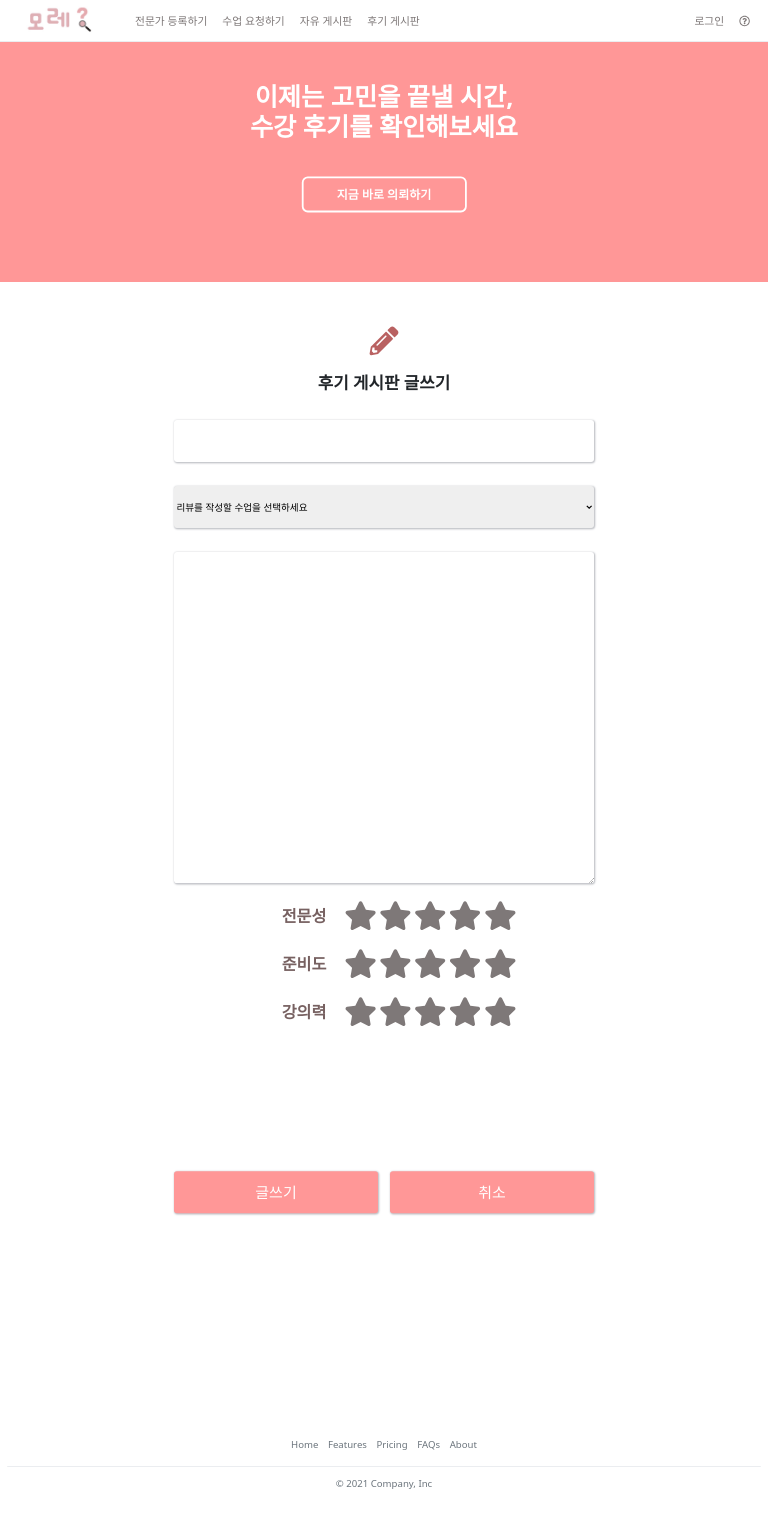
Repository: isssson/MVC2_more
Page: http://localhost/more/WEB-INF/views/review/reviewWrite.jsp
These files come from the project's save history. The page is drawn as it stood at one moment and after the next save; the edit follows.
The browser window is 1280 px wide. The pictures show the whole page, at 60% of full size.
Some web libraries are served in a nearby version. The page is served by Tomcat 9. Nobody is signed in. Other server files are loaded and not shown. The template is opened directly, without the code that normally fills it, so the values that code supplies are empty.

Above is the page before, as saved 2021-12-10 07:39:15.

### more/src/main/webapp/WEB-INF/views/review/reviewWrite.jsp
<%@ page language="java" contentType="text/html; charset=UTF-8"
	pageEncoding="UTF-8"%>
<%@ taglib uri="http://java.sun.com/jsp/jstl/core" prefix="c" %>
<!DOCTYPE html>
<html>
<head>
<meta charset="UTF-8">
<title>Insert title here</title>
<script src="https://use.fontawesome.com/releases/v5.2.0/js/all.js"></script>
<script src="https://cdnjs.cloudflare.com/ajax/libs/jquery/3.4.1/jquery.min.js"></script>
<link rel="stylesheet" type="text/css" href="resources/css/review/review.css?after">
<link rel="stylesheet" type="text/css" href="resources/css/header.css">
<link rel="stylesheet" href="resources/css/bootstrap.min.css">
</head>
<body>
<%@ include file="/WEB-INF/views/header.jsp" %>
	<div class="revMainContainer">
		<div class="revMainTextBox">
			<div class="revMainText">
				<h1>
					이제는 고민을 끝낼 시간,<br>수강 후기를 확인해보세요
				</h1>
				<div class="revMainBt"><a href="#">지금 바로 의뢰하기</a></div>
			</div>
		</div>
	</div>
	<div id="revIntroContainer">
		<div class="introItem">
			<i class="fas fa-pencil-alt fa-3x"></i>
			<h3>후기 게시판 글쓰기</h3>
		</div>
	</div>
	<form name="reviewWrite" action="reviewWrite.do" method="post">
		<div class="writeContainer">
			<input type="text" name="name" value="${sessionScope.sessionName}" readonly>
			<select name="lessonlist" onchange="selectCate(this.value)" required>
				<option value="" selected hidden disabled>리뷰를 작성할 수업을 선택하세요</option>
				<c:forEach var="list" items="${list}">
					<option value="${list.e_id}강사의 ${list.cate2}레슨(${list.cate1})">${list.e_id}강사의 ${list.cate2} 레슨(${list.cate1})</option>
				</c:forEach>
			</select>
			<textarea name="content" cols="80" rows="20" autocomplete="off"
					class="input-lg form-control"
					placeholder="레슨 후기를 작성해주세요."
					maxlength="500" required="" id="id_field_25">
			</textarea>
			<div class="ratingContainer">
			<div class="ratingItem">
				<h4>전문성</h4>
				<div id="rating1">
       				<i class="fas fa-star fa-3x"></i>
        			<i class="fas fa-star fa-3x"></i>
       				<i class="fas fa-star fa-3x"></i>
      				<i class="fas fa-star fa-3x"></i>
    				<i class="fas fa-star fa-3x"></i>
    			</div>
    		</div>
    		<div class="ratingItem">
    			<h4>준비도</h4>
				<div id="rating2">
       				<i class="fas fa-star fa-3x"></i>
        			<i class="fas fa-star fa-3x"></i>
       				<i class="fas fa-star fa-3x"></i>
      				<i class="fas fa-star fa-3x"></i>
    				<i class="fas fa-star fa-3x"></i>
    			</div>
    		</div>
    		<div class="ratingItem">
    			<h4>강의력</h4>
				<div id="rating3">
       				<i class="fas fa-star fa-3x"></i>
        			<i class="fas fa-star fa-3x"></i>
       				<i class="fas fa-star fa-3x"></i>
      				<i class="fas fa-star fa-3x"></i>
    				<i class="fas fa-star fa-3x"></i>
    			</div>
    		</div>
			</div>

			<div class="writeButton">
				<input type="hidden" name="e_id" id="changeE_id">
				<input type="hidden" name="cate1" id="changeCate1">
				<input type="hidden" name="cate2" id="changeCate2">
				<input type="hidden" name="id" value="${sessionScope.sessionId}">
				<input type="submit" value="글쓰기" onmouseover="sum()"> <input type="button" value="취소">
				<input type="hidden" name="grade1" value="">
				<input type="hidden" name="grade2" value="">
				<input type="hidden" name="grade3" value="">
				<input type="hidden" name="gradesum" value="">
			</div>
		</div>
	</form>
	<br>
	<br>
	<%@ include file="/WEB-INF/views/footer.jsp" %>
	<script>
	function selectCate(value){
		var i=value;
		var a=i.substring(i.indexOf("의")+2,i.indexOf("레"));
		var b=i.substring(0,i.indexOf("강"));
		var c=i.substring(i.indexOf("(")+1,i.indexOf(")"));
		console.log(a);
		console.log(b);
		console.log(c);
		$('#changeCate2').val(a);
		$('#changeE_id').val(b);
		$('#changeCate1').val(c);
	}

	</script>
	<script>

        $(function(){
            $('#rating1 svg').click(function(){
                var targetNum1=$(this).index()+1;
                $('#rating1 svg').css({color:'#000'});
                $('#rating1 svg:nth-child(-n'+targetNum1+')').css({color:'#ff9797'});
                console.log(targetNum1);
                document.reviewWrite.grade1.value=targetNum1;
            })

            $('#rating2 svg').click(function(){
                var targetNum2=$(this).index()+1;
                $('#rating2 svg').css({color:'#000'});
                $('#rating2 svg:nth-child(-n'+targetNum2+')').css({color:'#ff9797'});
                console.log(targetNum2);
                document.reviewWrite.grade2.value=targetNum2;
            })

            $('#rating3 svg').click(function(){
                var targetNum3=$(this).index()+1;
                $('#rating3 svg').css({color:'#000'});
                $('#rating3 svg:nth-child(-n'+targetNum3+')').css({color:'#ff9797'});
                console.log(targetNum3);
                document.reviewWrite.grade3.value=targetNum3;
            })

        });
        function sum(){
        	var a=parseInt(document.reviewWrite.grade1.value);
        	var b=parseInt(document.reviewWrite.grade2.value);
        	var c=parseInt(document.reviewWrite.grade3.value);
            var targetNumSum=Math.round((a+b+c)/3);
            console.log(targetNumSum);
            document.reviewWrite.gradesum.value=targetNumSum;
        }

    </script>
</body>
</html>

### more/src/main/webapp/WEB-INF/views/header.jsp
<%@ page language="java" contentType="text/html; charset=UTF-8"
    pageEncoding="UTF-8"%>
<%@ taglib prefix="c" uri="http://java.sun.com/jsp/jstl/core" %>
<script src="https://use.fontawesome.com/releases/v5.2.0/js/all.js"></script>
<link href="resources/css/header.css" rel="stylesheet">
<!-- Global site tag (gtag.js) - Google Analytics -->
<script async src="https://www.googletagmanager.com/gtag/js?id=UA-214947172-1"></script>
<script>
  window.dataLayer = window.dataLayer || [];
  function gtag(){dataLayer.push(arguments);}
  gtag('js', new Date());

  gtag('config', 'UA-214947172-1');
</script>
<!-- ---------------------비회원  -->
<c:if test="${sessionScope.sessionStatus == null }">
	<header>
    <div id="headerContainer">
        <a href="index.do"><img src="resources/img/more_logo.jpg" alt="logo" style="padding: 10px"></a>
        <div id="menubar">
          <div id="leftMenu">
            <div><a href="regist1.do">전문가 등록하기</a></div>
            <div><a href="lessonList.do">수업 요청하기</a></div>
            <div><a href="bbsList.do">자유 게시판</a></div>
            <div><a href="reviewList.do">후기 게시판</a></div>
          </div>
          <div id="rightMenu">
               <div><a href="login.do">로그인</a></div>
               <div><a href="noticeList.do"><i class="far fa-question-circle"></i></a></div>
          </div>
        </div>
      </div>
	</header>
</c:if>
<!----------------------기본(의뢰인) 로그인중-->
<c:if test="${sessionScope.sessionStatus == 1 }">
	<header>
     <div id="headerContainer">
        <a href="index.do"><img src="resources/img/more_logo.jpg" alt="logo" style="padding: 10px"></a>
        <div id="menubar">
          <div id="leftMenu">
            <div id="client" onmouseover="show()" onmouseout="hide()">
               <a href="#">레슨</a>
              </div>
            <div id="joinExpert">
               <a href="regist1.do">전문가 등록하기</a>
             </div>
            <div><a href="bbsList.do">자유 게시판</a></div>
            <div><a href="reviewList.do">후기 게시판</a></div>
          </div>
          <div id="rightMenu">
            <div>${sessionScope.sessionName }님</div>
            <div><a href="setting.do"><i class="far fa-user fa-1x"></i></a></div>
            <div><a href="noticeList.do"><i class="far fa-question-circle"></i></a></div>
          </div>
        </div>
      </div>
      <div id="hiddenHeaderContainer" onmouseover="show()" onmouseout="hide()">
        <div class="hiddenItem">
          <div class="Item"><a href="suggestList.do">레슨 목록</a></div>
          <div class="Item"><a href="lessonList.do">레슨 요청하기</a></div>
          <div class="Item"><a href="sentRequest.do?id=${sessionScope.sessionId}">보낸 요청</a></div>
          <div class="Item"><a href="receiveSuggest.do?id=${sessionScope.sessionId }">받은 제안</a></div>
          <div class="Item"><a href="m_documentList.do">나의 레슨 내역</a></div>
        </div>
      </div>
	</header>
</c:if>
<!-- -----------------------전문가 로그인중 -->
<c:if test="${sessionScope.sessionStatus == 2 }">
	<header>
     <div id="headerContainer">
       <a href="index.do"><img src="resources/img/more_logo.jpg" alt="logo" style="padding: 10px"></a>
       <div id="menubar">
         <div id="leftMenu">
           <div id="client" onmouseover="show()" onmouseout="hide()">
              <a href="#">레슨</a>
             </div>
           <div><a href="bbsList.do">자유 게시판</a></div>
           <div><a href="reviewList.do">후기 게시판</a></div>
         </div>
         <div id="rightMenu">
           <div>${sessionScope.sessionName }님</div>
           <div><a href="setting.do"><i class="far fa-user fa-1x"></i></a></div>
		   <div><a href="noticeList.do"><i class="far fa-question-circle"></i></a></div>
         </div>
       </div>
     </div>
     <div id="hiddenHeaderContainer" onmouseover="show()" onmouseout="hide()">
       <div class="hiddenItem">
       	 <div class="Item"><a href="requestList.do">요청서 목록</a></div>
       	 <div class="Item"><a href="suggest.do">레슨 제안하기</a></div>
         <div class="Item"><a href="sentsuggest.do?id=${sessionScope.sessionId}">보낸 제안</a></div>
		 <div class="Item"><a href="m_documentList.do">나의 레슨 내역</a></div>
       </div>
     </div>
	</header>
</c:if>
   <script>
       function show(){
         document.getElementById('hiddenHeaderContainer').style.display='block';
       }
       function hide(){
         document.getElementById('hiddenHeaderContainer').style.display='none';
       }
  </script>

### more/src/main/webapp/WEB-INF/views/footer.jsp
<%@ page language="java" contentType="text/html; charset=UTF-8"
    pageEncoding="UTF-8"%>
<link href="resources/css/footer.css" rel="stylesheet">
<div class="container-fluid">
  <footer class="py-3 my-4">
    <ul class="nav justify-content-center border-bottom pb-3 mb-3">
      <li class="nav-item"><a href="#" class="nav-link px-2 text-muted">Home</a></li>
      <li class="nav-item"><a href="#" class="nav-link px-2 text-muted">Features</a></li>
      <li class="nav-item"><a href="#" class="nav-link px-2 text-muted">Pricing</a></li>
      <li class="nav-item"><a href="#" class="nav-link px-2 text-muted">FAQs</a></li>
      <li class="nav-item"><a href="#" class="nav-link px-2 text-muted">About</a></li>
    </ul>
    <p class="text-center text-muted">&copy; 2021 Company, Inc</p>
  </footer>
</div>

<div class="b-example-divider"></div>

### more/src/main/webapp/resources/css/review/review.css
@charset "UTF-8";
body{
    margin:0;
}
h1{
    text-align: center;
}
h3{
    margin-top: 80px;
    text-align: center;
    font-size: 24px;
}
p{
    text-align: center;
}
a{
    text-decoration:none;
    color:rgb(26, 25, 25);
}
a:hover{
    color:rgb(26, 25, 25);
}
li{
    list-style: none;
}
/* icon */
.far fa-file-alt{
    color: #af8c19;
}
/* -------------------------main------------------------- */
.revMainContainer{
    background-color:#ff9797;
    height: 400px;
    width: 100%;
}
.revMainContainer .revMainTextBox{
    width: 100%;
    height: 400px;
    padding-right: 15px;
    padding-left: 15px;
    margin:0 auto;
}
.revMainText{
    margin:0 auto;
    width: 550px;
    height: 400px;
    display: flex;
    flex-direction: column;
    justify-content: center;
}
.revMainText h1{
    height: 100px;
    font-size: 42px;
    font-weight: bold;
    color: white;
    text-align: center;
}
.revMainText .revMainBt{
    width:50%;
    text-align: center;
    font-size: 20px;
    font-weight: bold;
    border: 3px solid white;
    color: white;
    padding: 12px;
    border-radius: 10px;
    margin: 50px auto;
}
.revMainBt a{
	color:white;
	display:block;
	width:100%;
	height:100%;
}
.revMainBt{
	background-color: #ff9797;
}
.revMainBt:hover{
	background-color:white;
    transition: transform 1s;
}
.revMainBt:hover a{
	color:#ff9797;
	transform: scale(1.1);
	transition: transform 1s;
}


/*---------------------------------reviewIntro-------------------------------------- */
#revIntroContainer{
    width:100%;
    height: 200px;
    margin-top: 30px;
    display: flex;
    justify-content: center;
}
#revIntroContainer .introItem{
    width:300px;
    height:200px;
    display: flex;
    flex-direction: column;
    justify-content: center;
    align-items: center;
}
#revIntroContainer .introItem svg{
	color:#b96161;
}
#revIntroContainer .introItem h3{
    margin-top:30px;
    margin-bottom:0px;
    font-weight:bold;
}
#revIntroContainer .introItem h4{
    font-size: 18px;
    margin-top:10px;
    font-weight:bold;
}

/*----------------------------------reviewList-------------------------------------*/
#revListContainer{
    width: 1200px;
    height: 900px;
    margin:0 auto;
    display: grid;
    grid-template-columns: repeat(3, 1fr);
    grid-template-rows: repeat(2, 1fr);
    gap:10px 10px;
    justify-items: center;
}

#revListContainer .revItem{
    display: flex;
    flex-direction: column;
    justify-content: center;
    width:370px;
    height: 370px;
    border-radius: 10px;
    border: 1px solid rgba(139, 122, 122, 0.356);
    cursor: pointer;
}
#revListContainer .revItem:hover{
	 width:370px;
    height: 370px;
	transform: scale(1.03);
	transition: transform 1s;
	box-shadow: 1px 1px 3px 1px #bdbfc4;
}
.revItem .revCate{
    height: 40px;
    margin:5px auto;
    text-align: center;
    font-size: 18px;
    font-weight: bold;
    color: #9a5656;
    padding: 8px;
    margin-bottom: 30px;
    border-radius: 10px;
}
.revItem .revText{
    width:80%;
    height:180px;
    margin: 0 auto;
}
.revItem .revEtc{
    width:80%;
    height: 70px;
    margin: 10px auto;
    text-align: right;
    font-size: 17px;
    vertical-align: bottom;
}
.revItem .revEtc .star{
    width:100%;
    height: 30px;
}
.revItem .revEtc .studentName{
    margin-top: 7px;
    font-weight:bold;
    width:100%;
    height: 30px;
}
.footContainer{
	text-align:center;
}
.footContainer div{
	font-size: 20px;
	font-weight: bold;
	margin-bottom:20px;
}
.footContainer input{
	background-color:#ff9797;
	width: 340px;
	color: white;
    font-size: 25px;
    border:0px;
}
/*-------------------------------------modal*/
.modalContainer{
	position: fixed;
	background: rgba(0,0,0,0.8);
	left:0; right:0; top:0; bottom:0;
	display:flex;
	justify-content: center;
	align-items: center;
}
.modali{
	width:500px;
	height:860px;
	background-color: white;
    border-radius: 10px;
    position: relative;
}
.reviewDel{
	position: absolute;
	left:75%;
	top:10%;
}
.reviewDel span{
	border:1px solid gray;
	padding:5px;
	border-radius: 5px;
}
.modali .cate{
    width:50%;
    margin: 20px auto;
    border-radius: 10px;
    color: white;
    background-color: #ff9797;
    font-size: 15px;
    padding: 10px;
    text-align: center;
}
.modali .content{
    margin-bottom: 25px;
    margin-top: 65px;
    padding-left: 30px;
    padding-right: 30px;
    height: 500px;
}
.modali .star{
    text-align: center;
}
.modali .studentName{
    padding: 5px;
    font-weight:bold;
    text-align:center;
}
.modali .revBt{
    width: 90%;
    height: 50px;
    margin: 15px auto;
    text-align: center;
    border-radius: 10px;
    font-size: 18px;
    font-weight:bold;
    line-height: 50px;
    color: white;
    background-color: #ff9797;
}
.modali .revBt:hover{
	color:#ff9797;
	background-color: white;
}
/*------------------------------------- reviewWriteForm */

.writeContainer{
    margin:0 auto;
    width:700px;
    height:1600px;
}
.writeContainer .writer{
    width:100%;
    height:70px;
}
.writeContainer input, select{
    width:100%;
    height:70px;
    font-size:23px;
    margin-bottom: 40px;
    border:0px;
    border-radius:5px;
    box-shadow: 1px 1px 3px 1px #bdbfc4;
}
option{
	font-size:20px;
}
.writeContainer textarea{
    font-size:18px;
    margin-top:40px;
    border:0px;
    border-radius:5px;
    box-shadow: 1px 1px 3px 1px #bdbfc4;
}
.writeContainer .rating{
    width:100%;
    height:110px;
    color:#000;

}
.writeContainer .ratingContainer{
    width:100%;
    height: 400px;
    margin-top: 30px;
    margin-bottom: 50px;
    text-align: center;
}
.ratingContainer h4{
	font-size:25px;
}
.ratingContainer .rating svg{
	color:black;
	cursor:pointer;
}
.ratingItem{
	display: flex;
    justify-content: center;
    padding-left: 50px;
    width: 100%;
    height: 80px;
}
.ratingItem h4{
	font-size: 27px;
    font-weight: bold;
    color: #776161;
    margin-right: 30px;
    line-height: 50px;
}
.writeButton{
    display: flex;
    flex-direction: row;
    justify-content: space-between;
}
.writeButton input{
	background-color:#ff9797;
	width: 340px;
	color: white;
    font-size: 25px;
}

### more/src/main/webapp/resources/css/header.css
@charset "UTF-8";
a{
    text-decoration:none;
    color:rgb(26, 25, 25);
}
a:hover{
    color:rgb(26, 25, 25);
}
svg{
    color: #7e7878;
}
svg:hover{
    color: #424040;
    cursor: pointer;
}
#headerContainer{
    width:100%;
    height:70px;
    margin: 0 auto;
    display: flex;
    flex-direction: row;
    border-bottom:1px solid #dee2e6;
}
#headerContainer img{
    width: 200px;
    height: 65px;
    object-fit: cover;
}
#headerContainer #menubar{
    width:100%;
    height: 70px;
    display: flex;
    flex-direction: row;
    justify-content: space-between;
}
#headerContainer #menubar div a{
    font-size: 18px;
    color: #7e7878;
}
#headerContainer #menubar a:hover{
    color: #424040;
    font-weight: bold;
}
#menubar #leftMenu{
    display: flex;
}
#menubar #rightMenu{
    display: flex;
    margin-right: 30px;
}
#menubar #leftMenu div, #menubar #rightMenu div{
    font-size: 18px;
    line-height: 70px;
    margin-left: 25px;
}
#hiddenHeaderContainer{
    position: absolute;
    display: none;
    z-index: 1;
    width:100%;
    height:70px;
    left:50%;
    border-top:1px solid rgb(187, 183, 183);
    border-bottom:1px solid rgb(187, 183, 183);
    transform: translate(-50%);
    background-color: white;
}
#hiddenHeaderContainer .hiddenItem{

    width:100%;
    height:70px;
    margin-left: 170px;
    display: flex;
}
#hiddenHeaderContainer .hiddenItem .Item a{
    font-size: 18px;
    line-height: 70px;
    margin-left: 50px;
    color: #7e7878;
}
#hiddenHeaderContainer .hiddenItem .Item a:hover{
    color: #424040;
    font-weight: bold;
}

### more/src/main/webapp/resources/css/footer.css
@charset "UTF-8";
li {
	border-top: none;
}

Loaded but not shown: more/src/main/webapp/resources/css/bootstrap.min.css (library)

After the next save:
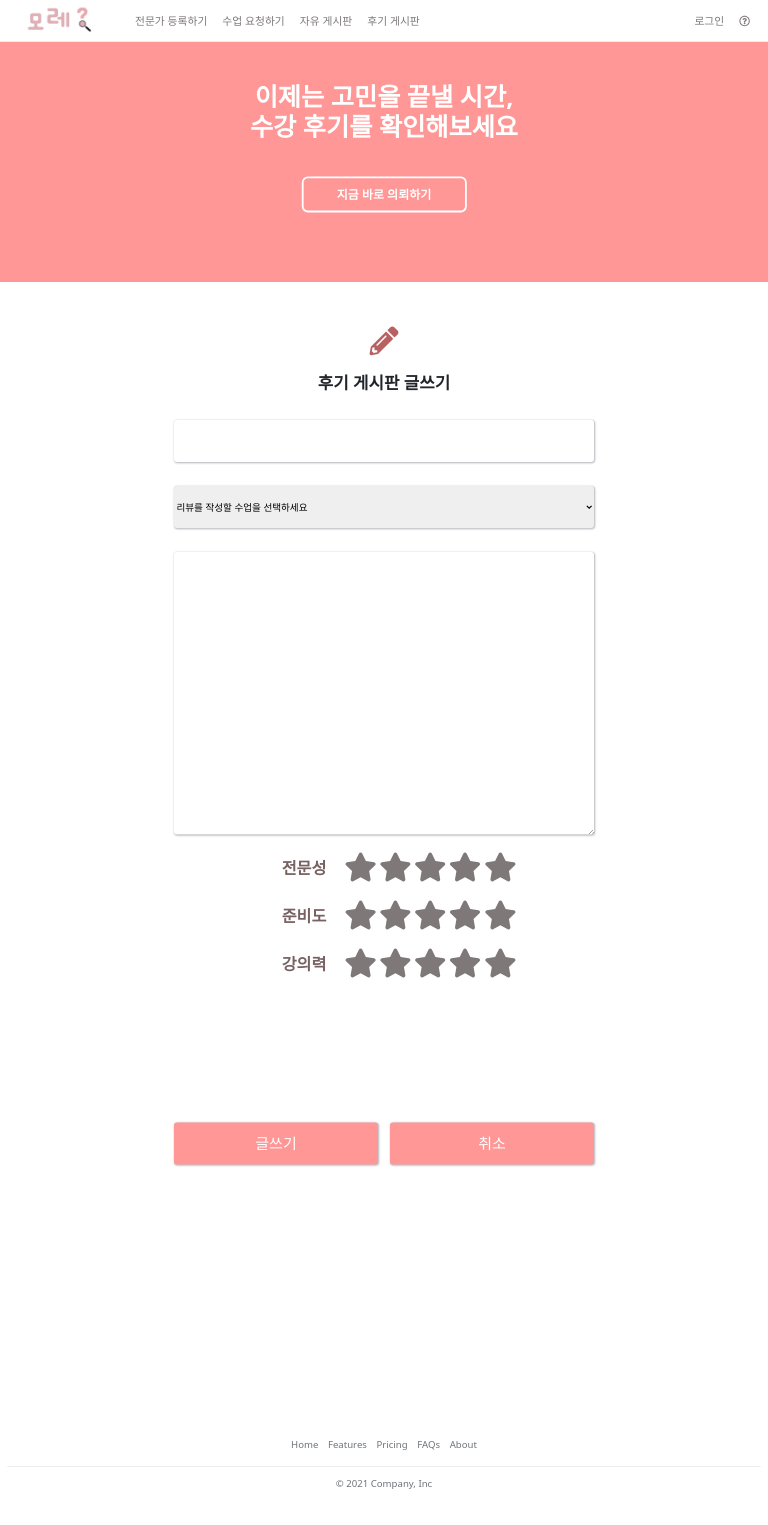
Saved 12 s later.
--- a/more/src/main/webapp/WEB-INF/views/review/reviewWrite.jsp
+++ b/more/src/main/webapp/WEB-INF/views/review/reviewWrite.jsp
@@ -39,7 +39,7 @@
 					<option value="${list.e_id}강사의 ${list.cate2}레슨(${list.cate1})">${list.e_id}강사의 ${list.cate2} 레슨(${list.cate1})</option>
 				</c:forEach>
 			</select>
-			<textarea name="content" cols="80" rows="20" autocomplete="off"
+			<textarea name="content" cols="80" rows="17" autocomplete="off"
 					class="input-lg form-control"
 					placeholder="레슨 후기를 작성해주세요."
 					maxlength="500" required="" id="id_field_25">
